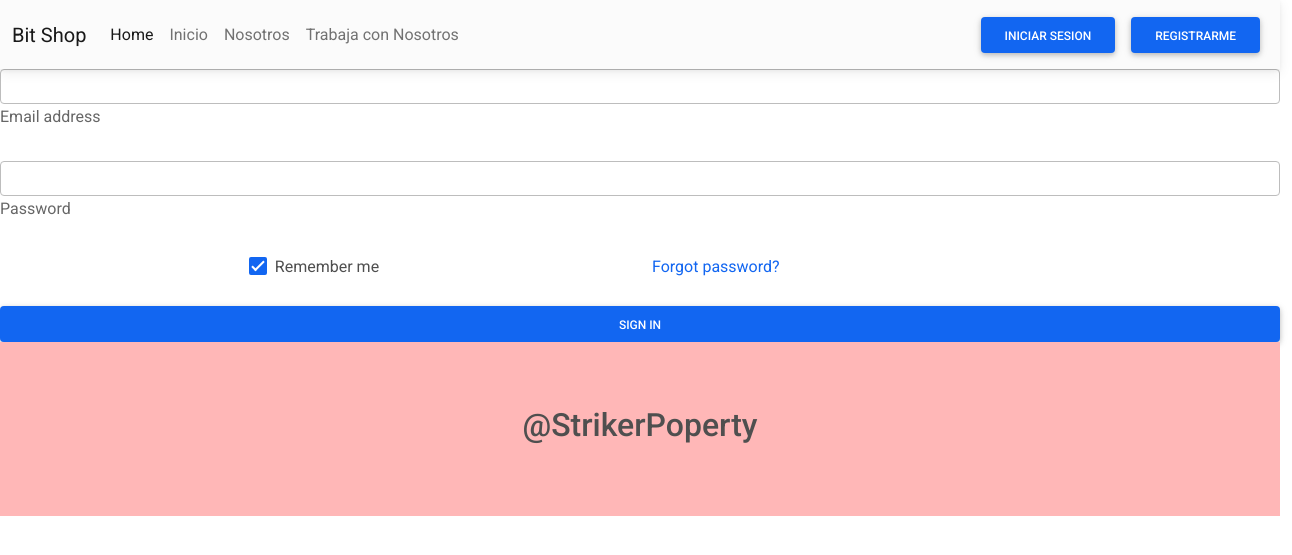
Repository: TzStrikerYT/myClassRoom
Page: /login (app in bit-shop-front/)
An editor plug-in stored every save of this project. The page is shown before and after the next save, followed by the edit.
The browser window is 1280 px wide. The page is 1292 px wide, then 1280 px, so the pictures cover 1292 px, including what lies to the right of the window. The pictures show the whole page.
The project was rebuilt for these pictures with package versions that can differ from the ones it lists, and the page was loaded fresh each time. Also part of the build but not shown: bit-shop-front/angular.json, bit-shop-front/src/app/components/home/home.component.ts, bit-shop-front/src/app/components/not-found/not-found.component.ts.

Above is the page before, as saved 2022-02-23 18:51:33.

After the next save:
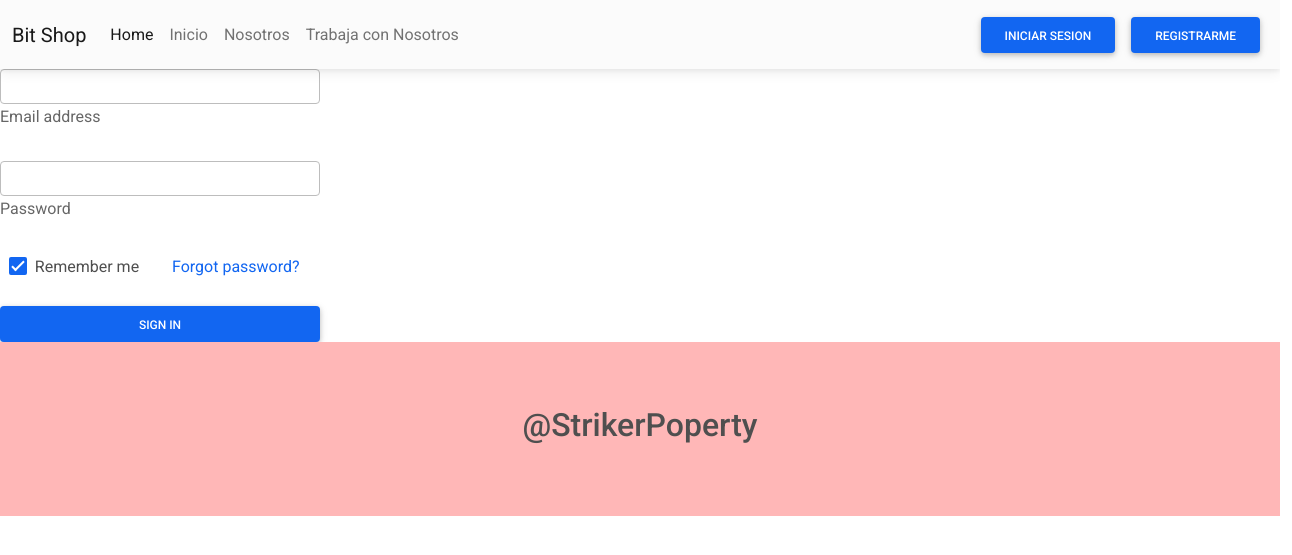
Saved 8 min 34 s later.
--- a/bit-shop-front/src/app/components/login/login.component.html
+++ b/bit-shop-front/src/app/components/login/login.component.html
@@ -1,32 +1,38 @@
-<form>
-    <!-- Email input -->
-    <div class="mb-4">
-      <input type="email" id="form1Example1" class="form-control" />
-      <label class="form-label" for="form1Example1">Email address</label>
+<section>
+
+    <div class="w-25">
+        <form>
+            <!-- Email input -->
+            <div class="mb-4">
+              <input type="email" id="form1Example1" class="form-control" />
+              <label class="form-label" for="form1Example1">Email address</label>
+            </div>
+
+            <!-- Password input -->
+            <div class="mb-4">
+              <input type="password" id="form1Example2" class="form-control" />
+              <label class="form-label" for="form1Example2">Password</label>
+            </div>
+
+            <!-- 2 column grid layout for inline styling -->
+            <div class="row mb-4">
+              <div class="col d-flex justify-content-center">
+                <!-- Checkbox -->
+                <div class="form-check">
+                  <input class="form-check-input" type="checkbox" value="" id="form1Example3" checked />
+                  <label class="form-check-label" for="form1Example3"> Remember me </label>
+                </div>
+              </div>
+
+              <div class="col">
+                <!-- Simple link -->
+                <a href="#!">Forgot password?</a>
+              </div>
+            </div>
+
+            <!-- Submit button -->
+            <button type="submit" class="btn btn-primary btn-block">Sign in</button>
+          </form>
     </div>
 
-    <!-- Password input -->
-    <div class="mb-4">
-      <input type="password" id="form1Example2" class="form-control" />
-      <label class="form-label" for="form1Example2">Password</label>
-    </div>
-
-    <!-- 2 column grid layout for inline styling -->
-    <div class="row mb-4">
-      <div class="col d-flex justify-content-center">
-        <!-- Checkbox -->
-        <div class="form-check">
-          <input class="form-check-input" type="checkbox" value="" id="form1Example3" checked />
-          <label class="form-check-label" for="form1Example3"> Remember me </label>
-        </div>
-      </div>
-
-      <div class="col">
-        <!-- Simple link -->
-        <a href="#!">Forgot password?</a>
-      </div>
-    </div>
-
-    <!-- Submit button -->
-    <button type="submit" class="btn btn-primary btn-block">Sign in</button>
-  </form>
+</section>
